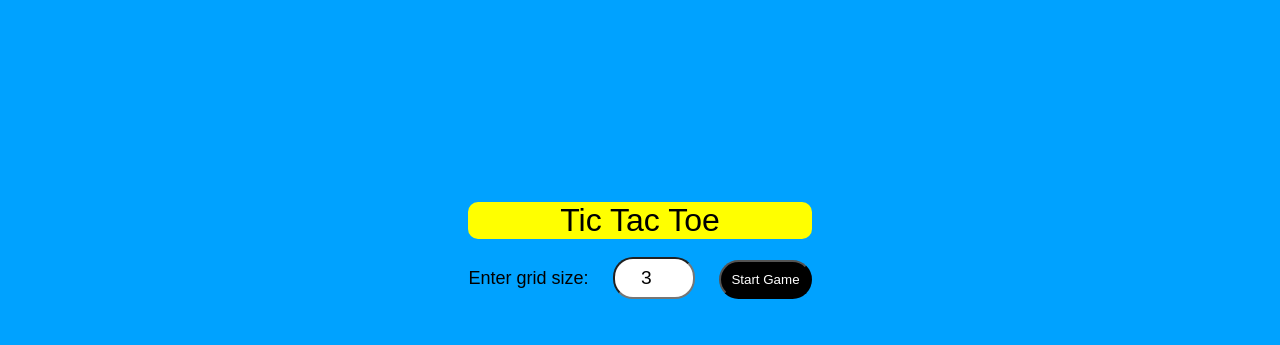
Repository: Shamraiz761/tik_tak_toe_game
Page: index.html
These files come from the project's save history. The page is drawn as it stood at one moment and after a run of saves; the edit follows.
The browser window is 1280 px wide. The pictures show the whole page.

Above is the page before, as saved 2024-01-09 12:02:15.

### index.html
<!DOCTYPE html>
<html>
  <head>
    <title>Tic Tac Toe</title>
    <link rel="stylesheet" type="text/css" href="styles.css" />
  </head>
  <body>
    <div>
      <h1 class="header">Tic Tac Toe</h1>
      <label class="inputLabel" for="sizeInput">Enter grid size:</label>
      <input type="number" id="sizeInput" min="3" max="10" value="3" />
      <button class="btn" onclick="startGame()">Start Game</button>
<div style="display: flex;justify-content: center;">
      <div id="board" style="margin-top: 20px; "></div>
      </div>


      <div id="status"  ></div>

    </div>
    <script src="tik_tak.js"></script>
  </body>
</html>

### styles.css
body{
    display: flex;
    justify-content: center;
    align-items: center;
    height: 70vh;
   font-family: Arial, Helvetica, sans-serif;
    background-color: rgb(0, 162, 255);
}
.header{
    text-align: center;
    background-color: yellow;
    border-radius: 10px;
    font-weight: 500;
}
.cell {
    width: 50px;
    height: 50px;
    border: 4px solid #000;
    display: inline-block;
    text-align: center;
    line-height: 50px;
    font-size: 20px;
    margin-left: 3px;
    margin-top: 3px;
  }

  .btn{
    background-color: black;
    color: white;
    padding: 10px;
    border-radius: 20px;
    margin-left: 20px;
  }

  .inputLabel{
    font-size: large;
    margin-right: 20px;
    font-weight: 500;
  }

  #status{
    font-size: large;
    margin-top: 20px;
    font-weight: 500;
    text-align: center;
  }

  #sizeInput{
    text-align: center;
    padding: 8px;
    margin-top: -50px;
    font-size: larger;
    border-radius: 20px;
  }

### tik_tak.js
let currentPlayer = 'X';
let boardSize = 3;
let board = [];

function startGame() {
  boardSize = parseInt(document.getElementById("sizeInput").value);
  createBoard();
}

function createBoard() {
  board = [];
  let html = '';
  for (let i = 0; i < boardSize; i++) {
    board.push(Array(boardSize).fill(''));
    for (let j = 0; j < boardSize; j++) {
      html += `<div class="cell" data-row="${i}" data-col="${j}" onclick="cellClick(${i}, ${j})"></div>`;
    }
    html += '<br>';
  }
  document.getElementById("board").innerHTML = html;
  document.getElementById("status").innerHTML = `Player ${currentPlayer}'s turn`;
}

function cellClick(row, col) {
  if (board[row][col] === '') {
    board[row][col] = currentPlayer;
    document.querySelector(`[data-row="${row}"][data-col="${col}"]`).innerText = currentPlayer;

    if (checkWin(row, col)) {
      document.getElementById("status").innerText = `Player ${currentPlayer} wins!`;
    } else if (checkDraw()) {
      document.getElementById("status").innerText = 'It\'s a draw!';
    } else {
      currentPlayer = currentPlayer === 'X' ? 'O' : 'X';
      document.getElementById("status").innerText = `Player ${currentPlayer}'s turn`;
    }
  }
}

function checkWin(row, col) {
  const symbols = ['X', 'O'];
  for (let s of symbols) {
    let win = true;

    for (let i = 0; i < boardSize; i++) {
      if (board[row][i] !== s) {
        win = false;
        break;
      }
    }
    if (win) return true;


    win = true;
    for (let i = 0; i < boardSize; i++) {
      if (board[i][col] !== s) {
        win = false;
        break;
      }
    }
    if (win) return true;


    win = true;
    for (let i = 0; i < boardSize; i++) {
      if (board[i][i] !== s) {
        win = false;
        break;
      }
    }
    if (win) return true;


    win = true;
    for (let i = 0; i < boardSize; i++) {
      if (board[i][boardSize - 1 - i] !== s) {
        win = false;
        break;
      }
    }
    if (win) return true;
  }
  return false;
}

function checkDraw() {
  for (let i = 0; i < boardSize; i++) {
    for (let j = 0; j < boardSize; j++) {
      if (board[i][j] === '') {
        return false;
      }
    }
  }
  return true;
}

After the next 2 saves:
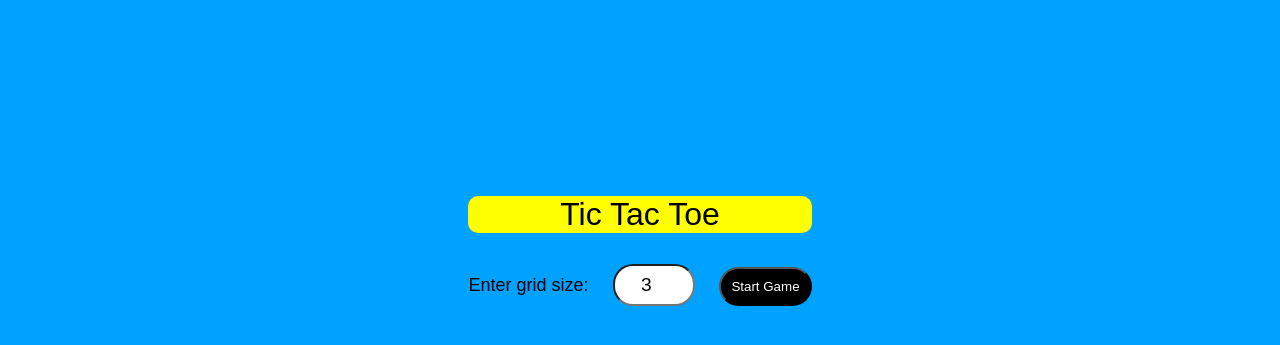
The 2 saves are shown as one change because they came seconds apart.
The last was saved 13 s later.
--- a/styles.css
+++ b/styles.css
@@ -48,7 +48,7 @@ body{
   #sizeInput{
     text-align: center;
     padding: 8px;
-    margin-top: -50px;
+    margin-top: 10px;
     font-size: larger;
     border-radius: 20px;
   }
